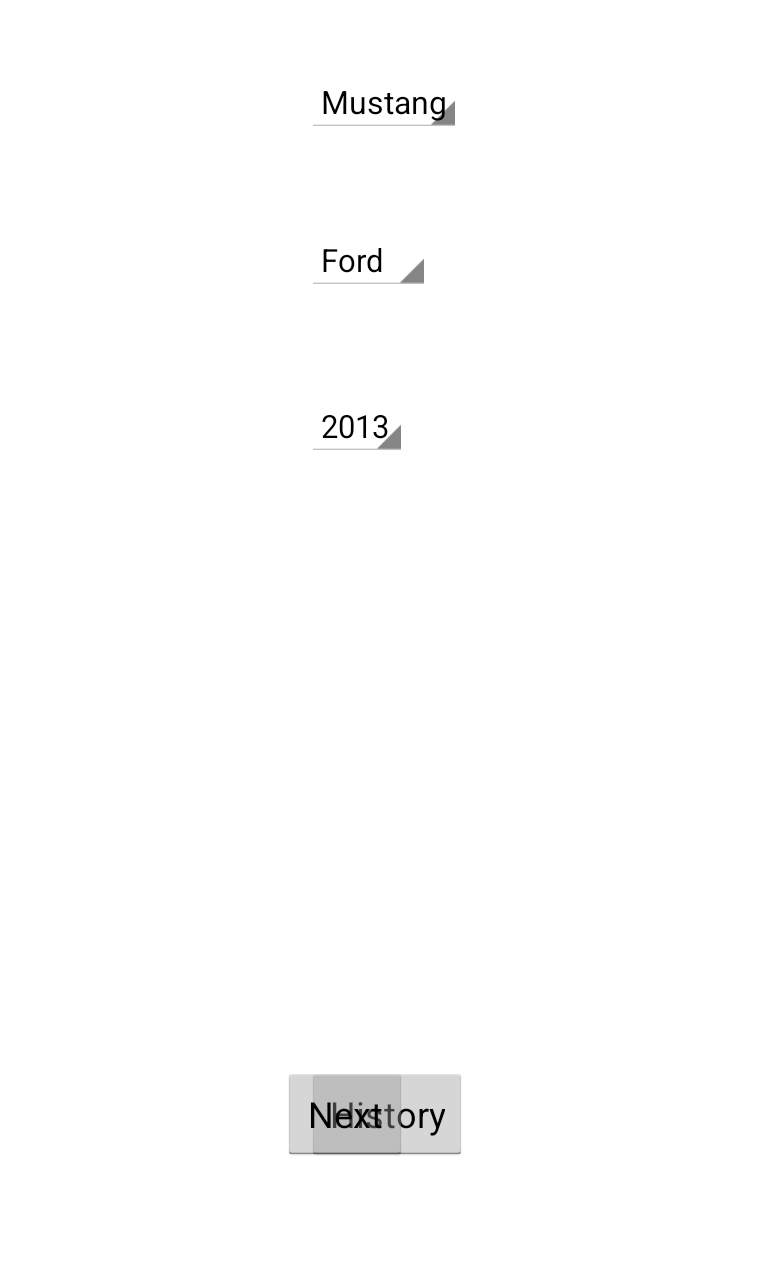
Repository: raul09/Overdrive
Layout: workspace/AutoPerformanceAnalyzer/res/layout/activity_main.xml
These files come from the project's save history. The layout is drawn as it stood at one moment and after the next save; the edit follows.
It is drawn on a 768 x 1280 px phone screen (xhdpi) without system bars, with theme AppTheme; the app's code is not run.

Above is the layout before, as saved 2013-10-01 12:41:58.

After the next save:
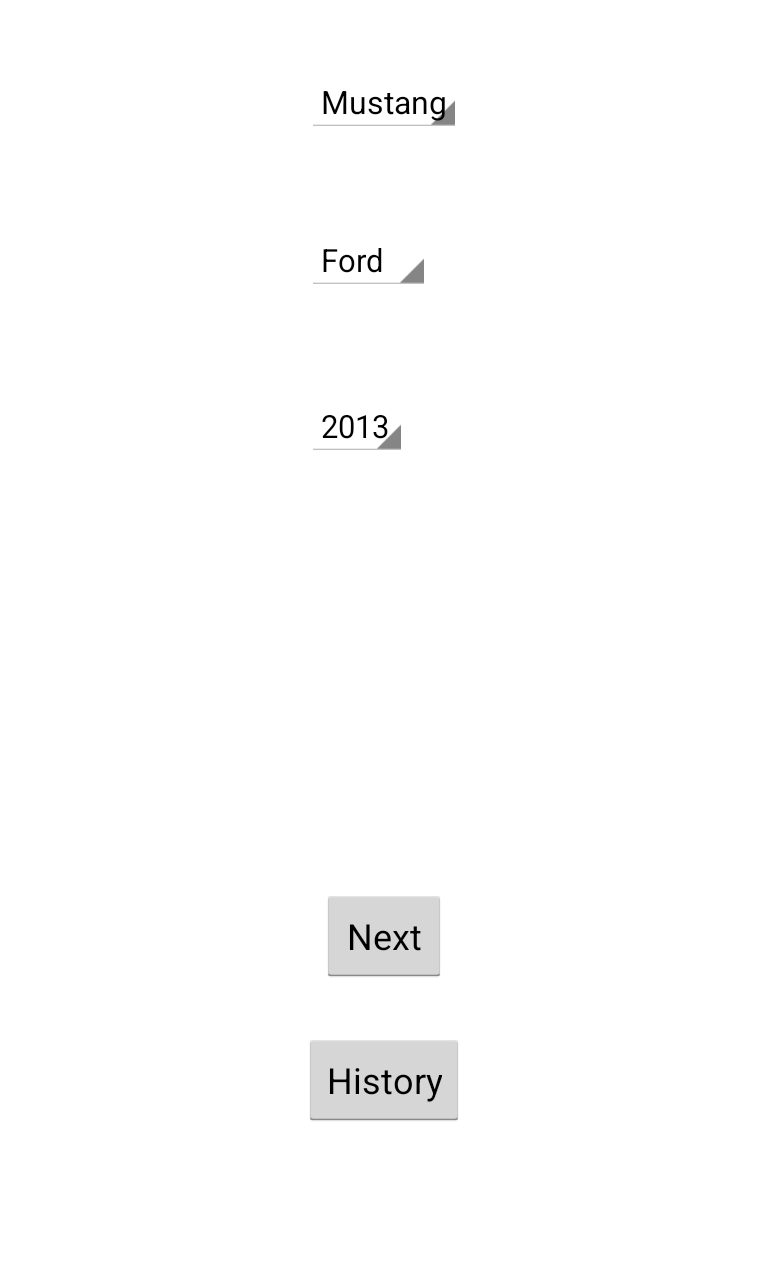
Saved 115 s later.
--- a/workspace/AutoPerformanceAnalyzer/res/layout/activity_main.xml
+++ b/workspace/AutoPerformanceAnalyzer/res/layout/activity_main.xml
@@ -26,23 +26,6 @@
         android:layout_marginTop="51dp"
         android:entries="@array/Year" />
 
-    <Button
-        android:id="@+id/History"
-        android:layout_width="wrap_content"
-        android:layout_height="wrap_content"
-        android:layout_alignLeft="@+id/Year"
-        android:layout_alignParentBottom="true"
-        android:layout_marginBottom="43dp"
-        android:text="@string/History" />
-    <Button
-        android:id="@+id/Next"
-        android:layout_width="wrap_content"
-        android:layout_height="wrap_content"
-        android:layout_alignBaseline="@+id/History"
-        android:layout_alignBottom="@+id/History"
-        android:layout_alignRight="@+id/Year"
-        android:text="@string/Next"  />
-
     <Spinner
         android:id="@+id/Model"
         android:layout_width="wrap_content"
@@ -52,4 +35,22 @@
         android:layout_marginTop="19dp"
         android:entries="@array/Model" />
 
+    <Button
+        android:id="@+id/Next"
+        android:layout_width="wrap_content"
+        android:layout_height="wrap_content"
+        android:layout_above="@+id/History"
+        android:layout_centerHorizontal="true"
+        android:layout_marginBottom="24dp"
+        android:text="@string/Next" />
+
+    <Button
+        android:id="@+id/History"
+        android:layout_width="wrap_content"
+        android:layout_height="wrap_content"
+        android:layout_alignParentBottom="true"
+        android:layout_centerHorizontal="true"
+        android:layout_marginBottom="60dp"
+        android:text="@string/History" />
+
 </RelativeLayout>
